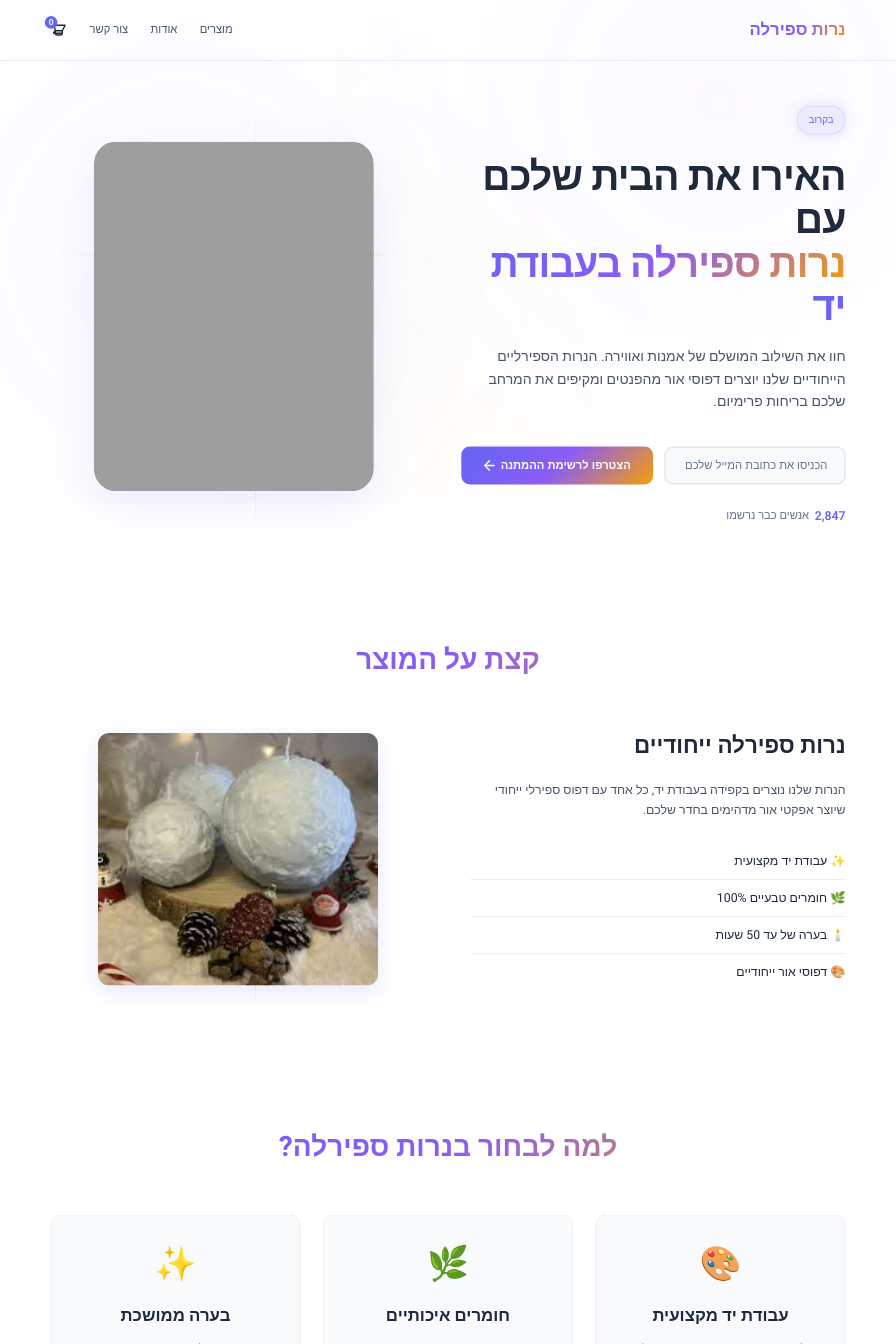
Repository: AvitaRoi/spiralcandles
Page: index.html
An editor plug-in stored every save of this project. The page is shown before and after the next save, followed by the edit.
The browser window is 1280 px wide. The pictures show the part of the page from y = 0 to 1920 px (the page is 3134 px tall), at 70% of full size.
Pictures or frames that could not be fetched are drawn as grey boxes.

Above is the page before, as saved 2025-09-21 21:23:50.

After the next save:
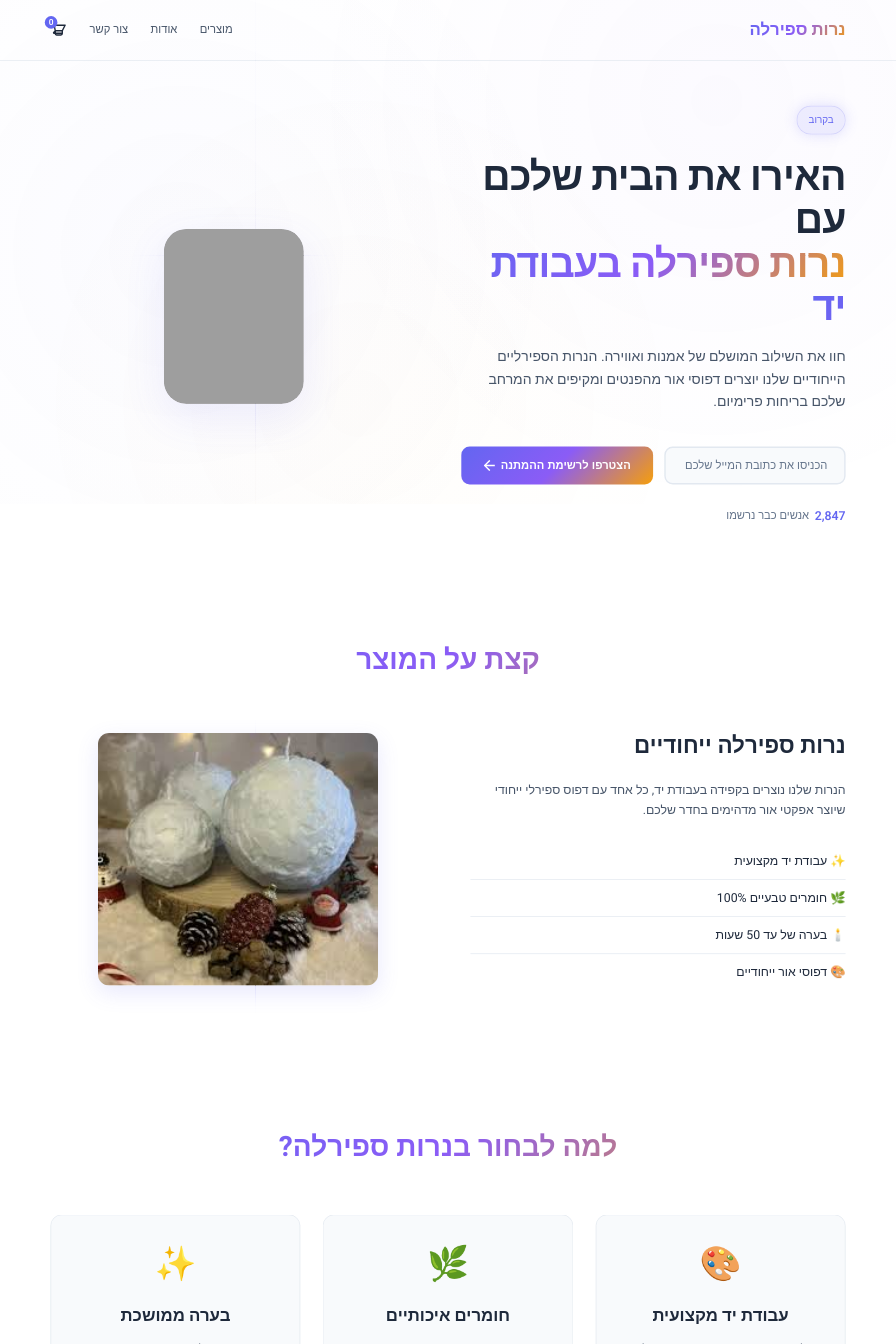
Saved 107 s later.
--- a/styles.css
+++ b/styles.css
@@ -299,8 +299,8 @@
 
 .product-image-container {
     position: relative;
-    width: 400px;
-    height: 500px;
+    width: 200px;
+    height: 250px;
     display: flex;
     justify-content: center;
     align-items: center;
